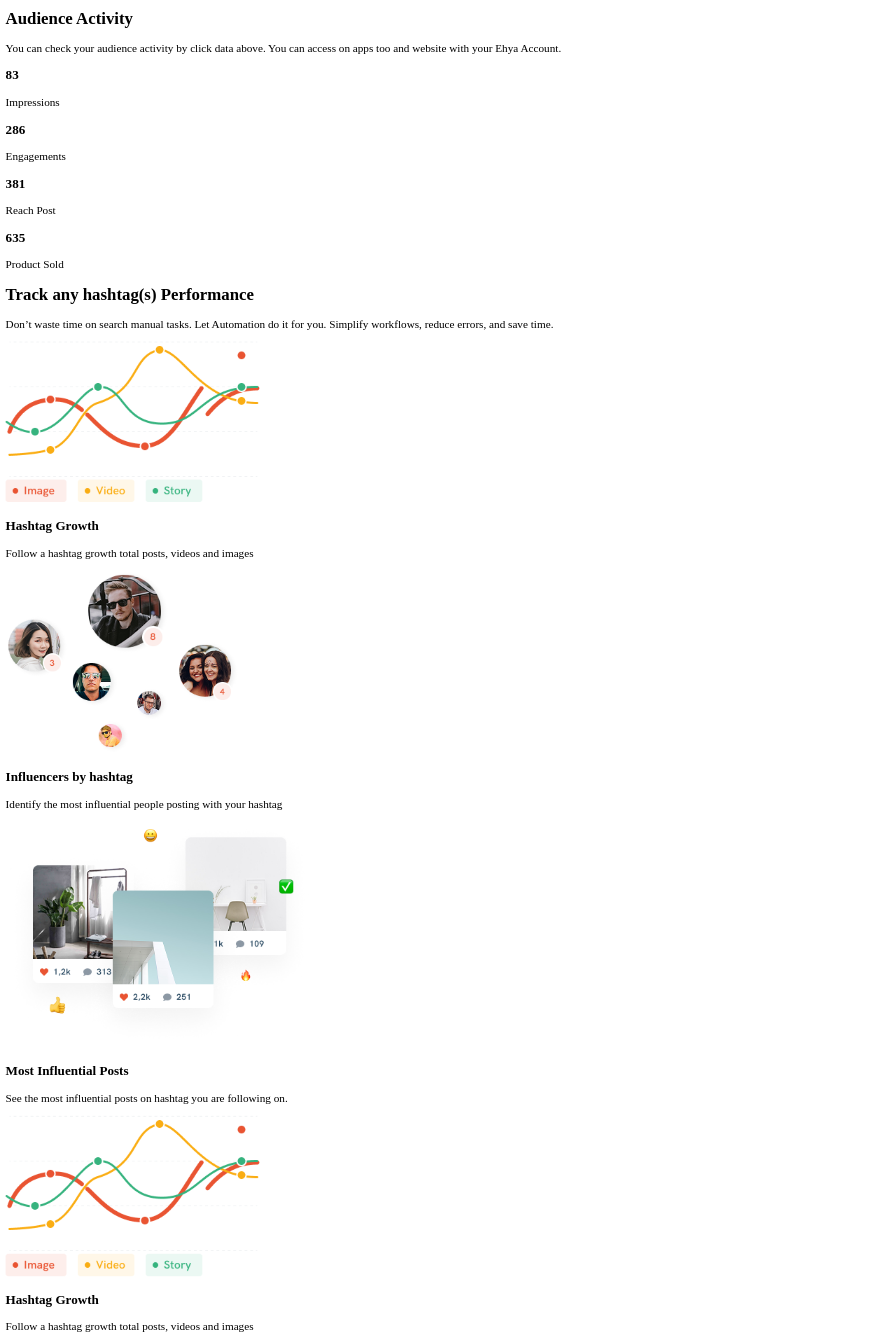
Repository: Eduardo-Tamborelli-Ferreira-lino/FrontEnd
Page: projetos/Prova-CSS/index.html
The author's editor kept a copy of each file at every save. The page is drawn from the files as they stood at one save, then again after the next save.
The browser window is 1280 px wide. The pictures show the part of the page from y = 1613 to 3533 px (the page is 3533 px tall before and 3497 px after), at 70% of full size.

Above is the page before, as saved 2026-03-12 10:03:02.

### projetos/Prova-CSS/index.html
<!DOCTYPE html>
<html lang="en">

<head>
    <meta charset="UTF-8">
    <meta name="viewport" content="width=device-width, initial-scale=1.0">
    <title>Ehya</title>
</head>

<body>

    <!-- Construção do Header Para o Desktop e Mobile -->
    <header class="container">
        <div class="logo">
            <img src="./Image/Header/Logo.png" alt="Website brand logo">
        </div>
        <div id="menu-mobile">
            <img src="./Image/Header/Menu_hamburger.png" alt="Hamburger menu for website actions. ">
        </div>
        <div id="menu-desktop">
            <nav>
                <ul>
                    <li><a href="#">Home</a></li>
                    <li><a href="#">Landings</a></li>
                    <li><a href="#">Pages</a></li>
                    <li><a href="#">Docs</a></li>
                    <li><a href="#">Help</a></li>
                    <li><a href="#">Get it now</a></li>
                </ul>
            </nav>
        </div>

    </header>

    <main>

        <section id="hero">

            <div id="overlay">
                <div id="hero-content" , class="container">
                    <div id="hero-title">
                        <h1>
                            Track Instagram
                            Business Performance
                        </h1>
                    </div>
                    <div id="hero-subtitle">
                        <p>
                            Ehya is the Instagram analytics platform teams use to stay focused on the goals, track
                            engagement for report your business .
                        </p>
                    </div>
                    <div id="hero-button">
                        <a href="#">Get 14-Days Trial</a>
                    </div>
                    <div id="Dashboard">
                        <img src="./Image/Main/Dashboard/Dashboard.png"
                            alt="Dashboard to the Most Imports Information on Brand">
                    </div>
                </div>
            </div>

        </section>

        <section id="partners" , class="container">

            <div id="all-partners">
                <div id="Slack">
                    <img src="./Image/Main/Brands/Slack.png" alt="Image of Partner Slack">
                </div>

                <div id="Netflix">
                    <img src="./Image/Main/Brands/Netflix.png" alt="Image of Partner Netflix">
                </div>

                <div id="Google">
                    <img src="./Image/Main/Brands/Google.png" alt="Image of Partner Google">
                </div>

                <div id="Airbnb">
                    <img src="./Image/Main/Brands/Airbnb.png" alt="Image of Partner Airbnb">
                </div>

                <div id="Uber">
                    <img src="./Image/Main/Brands/Uber.png" alt="Image of Partner Uber">
                </div>

            </div>

        </section>

        <div id="line-divider"></div>

        <section id="main-content" , class="container">

            <div id="Feature">

                <div id="impressions">
                    <div id="impressions-title">
                        <h2>
                            Measure Impressions
                            and Reach Post
                        </h2>
                    </div>
                    <div id="impressions-subtitle">
                        <p>
                            Graphs displaying your performance for metrics like follower
                            evolution, average engagement rate per post and reach
                            and impressions to give you the insights.
                        </p>
                    </div>
                    <div id="impressions-button">
                        <a href="#">Learn More
                            <img src="./Image/Main/Icons/Icon_Arrow.png"
                                alt="Arrow to indicate that the button leads to another page. ">
                        </a>
                    </div>
                    <div id="impressions-graph">
                        <img src="./Image/Main/Graph/Graph.png"
                            alt="Graph of Impressions and Reach History of the Brand">
                    </div>
                </div>

                <div id="schedule">

                    <div id="schedule-title">
                        <h2>
                            Schedule Your Post
                            Whenever You Want
                        </h2>
                    </div>
                    <div id="schedule-subtitle">
                        <p>
                            Publish your content automatically. Built-in features, such as Best Time to Post,
                            Geolocation, User Tag, and more, ensure that your content reaches the right people.
                        </p>
                    </div>
                    <div id="schedule-graph">
                        <img src="./Image/Main/Graph/Week_Graph .png" alt="Graph of week's agenda">
                    </div>
                    <div id="line-divider-schedule"></div>
                    <div id="schedule-help">
                        <img src="./Image/Main/Icons/Icon_pencil.png" alt="icon to indicate editing">
                        <h3>
                            Data about audiece can be accessed on Ehya Apps.
                            You can download Ehya apps on Google Play & App Store.
                        </h3>
                    </div>

                </div>

            </div>

            <div id="audience">

                <div id="audience-image">
                    <img src="./Image/Main/Graph/follows_Graph .png" alt="Audience Viewing Image">
                </div>

                <div id="audience-title">
                    <h2>
                        Audience Activity
                    </h2>
                </div>

                <div id="audience-subtitle">
                    <p>
                        You can check your audience activity by click data above.
                        You can access on apps too and website with your Ehya Account.
                    </p>
                </div>

                <div id="audience-activity">
                    <div class="audience-informations">
                        <h3>
                            83
                        </h3>
                        <p>
                            Impressions
                        </p>
                    </div>
                    <div class="audience-informations">
                        <h3>
                            286
                        </h3>
                        <p>
                            Engagements
                        </p>
                    </div>
                    <div class="audience-informations">
                        <h3>
                            381
                        </h3>
                        <p>
                            Reach Post
                        </p>
                    </div>
                    <div class="audience-informations">
                        <h3>
                            635
                        </h3>
                        <p>
                            Product Sold
                        </p>
                    </div>
                </div>

            </div>

            <div id="track-hashtag">

                <div id="track-title">
                    <h2>
                        Track any hashtag(s) Performance
                    </h2>
                </div>
                <div id="track-subtitle">
                    <p>
                        Don’t waste time on search manual tasks. Let Automation do it for you.
                        Simplify workflows, reduce errors, and save time.
                    </p>
                </div>
                <div class="track-card">
                    <div id="card-graph">
                        <img src="./Image/Main/Track-card/Graph-card.png" alt="Graph of hashtag Growth">
                    </div>
                    <div id="Graph-description">
                        <img src="./Image/Main/Track-card/Graph-information.png"
                            alt="Description of each line in the graph">
                    </div>
                    <div class="card-title">
                        <h3>
                            Hashtag Growth
                        </h3>
                    </div>
                    <div class="card-subtitle">
                        <p>
                            Follow a hashtag growth total posts, videos
                            and images
                        </p>
                    </div>
                </div>
                <div class="track-card">
                    <div id="card-image">
                        <img src="./Image/Main/Track-card/Influencers.png" alt="Influencers by hashtag">
                    </div>
                    <div class="card-title">
                        <h3>
                            Influencers by hashtag
                        </h3>
                    </div>
                    <div class="card-subtitle">
                        <p>
                            Identify the most influential people posting with
                            your hashtag
                        </p>
                    </div>
                </div>
                <div class="track-card">
                    <div id="card-graph">
                        <img src="./Image/Main/Track-card/Posts.png" alt="Most Influential Posts">
                    </div>
                    <div class="card-title">
                        <h3>
                            Most Influential Posts
                        </h3>
                    </div>
                    <div class="card-subtitle">
                        <p>
                            See the most influential posts on hashtag you
                            are following on.
                        </p>
                    </div>
                </div>
                <div class="track-card">
                    <div id="card-graph">
                        <img src="./Image/Main/Track-card/Graph-card.png" alt="Graph of hashtag Growth">
                    </div>
                    <div id="Graph-description">
                        <img src="./Image/Main/Track-card/Graph-information.png"
                            alt="Description of each line in the graph">
                    </div>
                    <div class="card-title">
                        <h3>
                            Hashtag Growth
                        </h3>
                    </div>
                    <div class="card-subtitle">
                        <p>
                            Follow a hashtag growth total posts, videos
                            and images
                        </p>
                    </div>
                </div>
            </div>

        </section>

    </main>

    <footer>

    </footer>

</body>

</html>

After the next save:
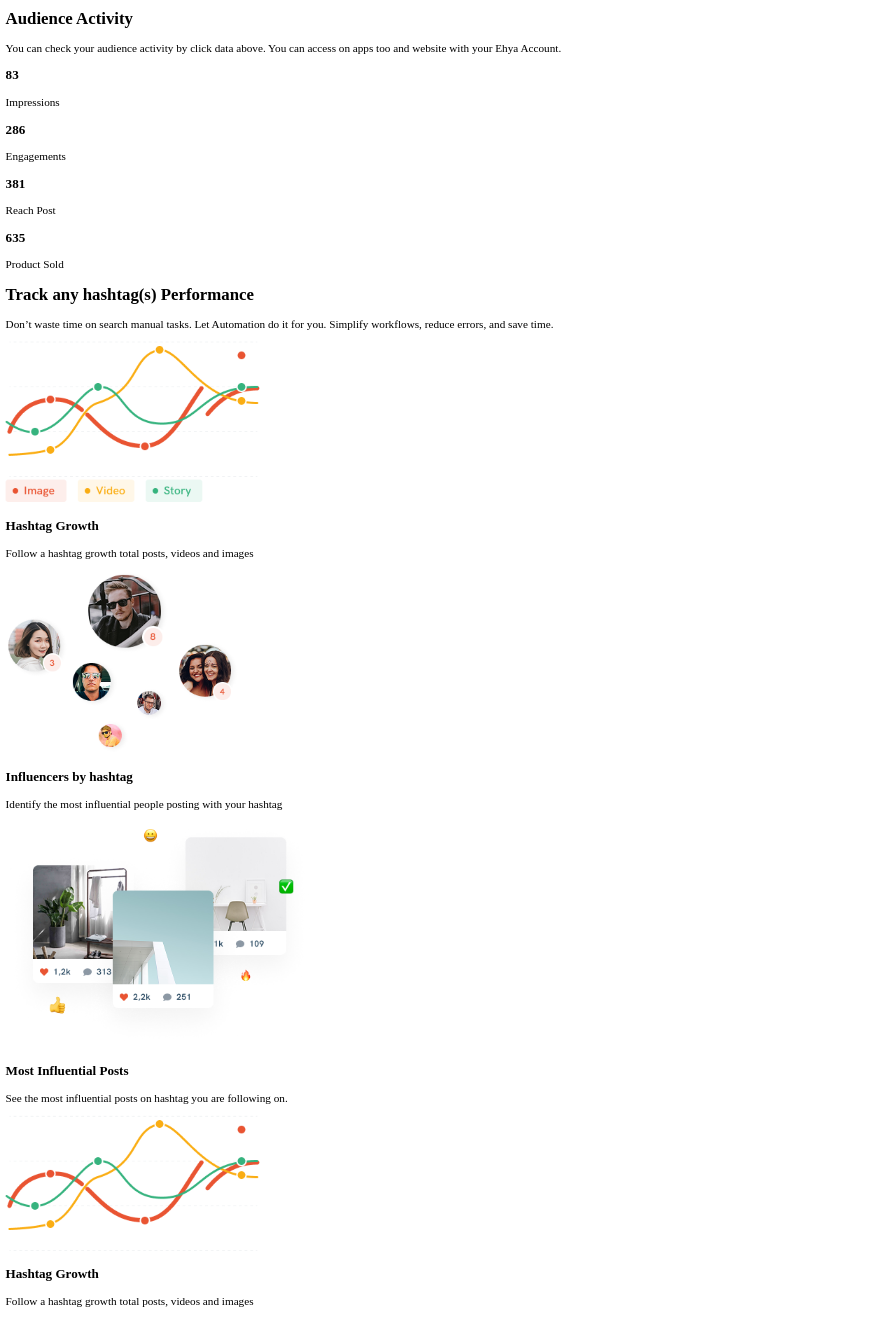
Saved 10 s later.
--- a/projetos/Prova-CSS/index.html
+++ b/projetos/Prova-CSS/index.html
@@ -276,10 +276,6 @@
                     <div id="card-graph">
                         <img src="./Image/Main/Track-card/Graph-card.png" alt="Graph of hashtag Growth">
                     </div>
-                    <div id="Graph-description">
-                        <img src="./Image/Main/Track-card/Graph-information.png"
-                            alt="Description of each line in the graph">
-                    </div>
                     <div class="card-title">
                         <h3>
                             Hashtag Growth
